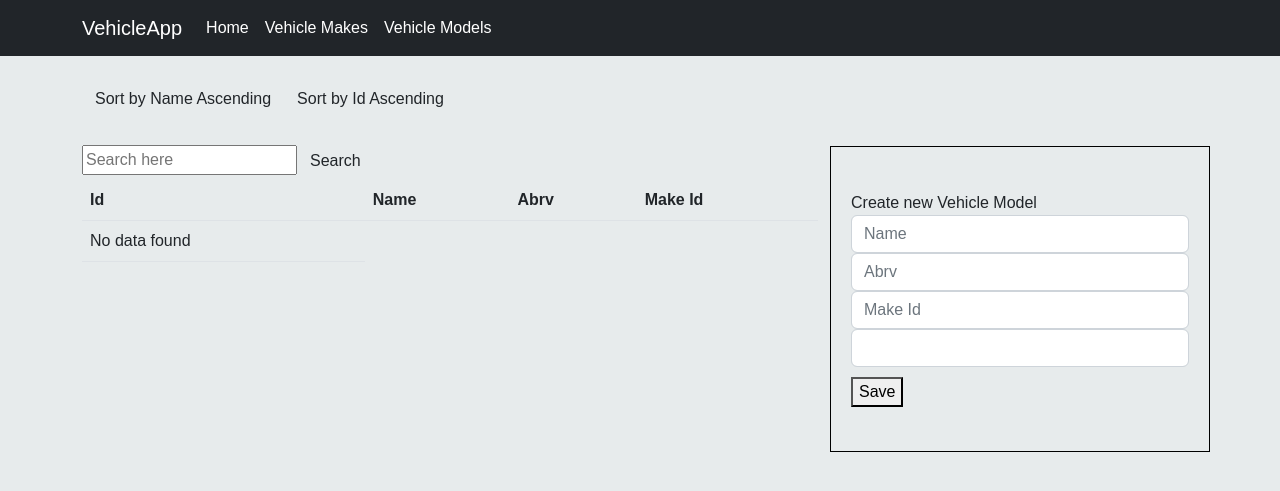
Repository: magdalenarajic/VehicleFrontend
Page: /Models
The author's editor kept a copy of each file at every save. The page is drawn from the files as they stood at one save, then again after a run of saves.
The browser window is 1280 px wide. The pictures show the whole page.
The page's requests for data from a server got no answer. The project was rebuilt for these pictures with package versions that can differ from the ones it lists, and the page was loaded fresh each time. No one was signed in, and anything a server would have sent is missing. Also part of the build but not shown: src/components/Home.js, src/services/makeService.js, src/stores/makeStore.js, src/components/VehicleMake.js.

Above is the page before, as saved 2023-03-11 12:44:58.

After the next 4 saves:
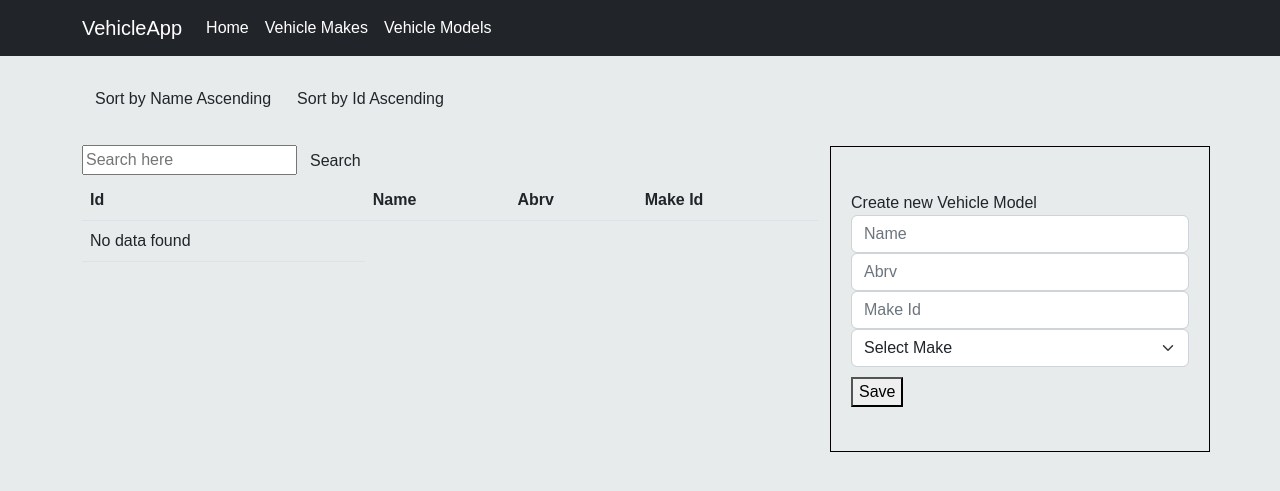
The 4 saves are shown as one change because 3 did not build or start.
The last was saved 11 min 49 s later.
--- a/src/components/VehicleModel.js
+++ b/src/components/VehicleModel.js
@@ -1,7 +1,7 @@
 import React, { useEffect, useState } from "react";
 import { Observer } from "mobx-react";
 import modelStore from "../stores/modelStore";
-import { Container, Table, Col, Row, CloseButton } from "react-bootstrap";
+import { Container, Table, Col, Row, CloseButton, Form } from "react-bootstrap";
 
 const ModelList = () => {
   const [showForm, setShowForm] = useState(false);
@@ -198,9 +198,22 @@ const ModelList = () => {
                   value={makeId}
                   onChange={(e) => setMakeId(e.target.value)}
                 ></input>
-                <input type={"text"} className="form-control">
-
-                </input>
+                <Form.Select type={"text"} className="form-control">
+                  value={makeId}
+                  <option>Select Make</option>
+                  {modelStore.vehicleData &&
+                    modelStore.vehicleData.length > 0 ? (
+                      modelStore.vehicleData.map((model, index) => {
+                        return (
+                          <option value={JSON.stringify(model)} key={index}>
+      {model.Name}
+    </option>
+                          );
+                        })
+                      ) : (
+<option> No Makes</option>
+                      )}
+                </Form.Select>
                 <Col>
                   <button
                     className="create-button"
